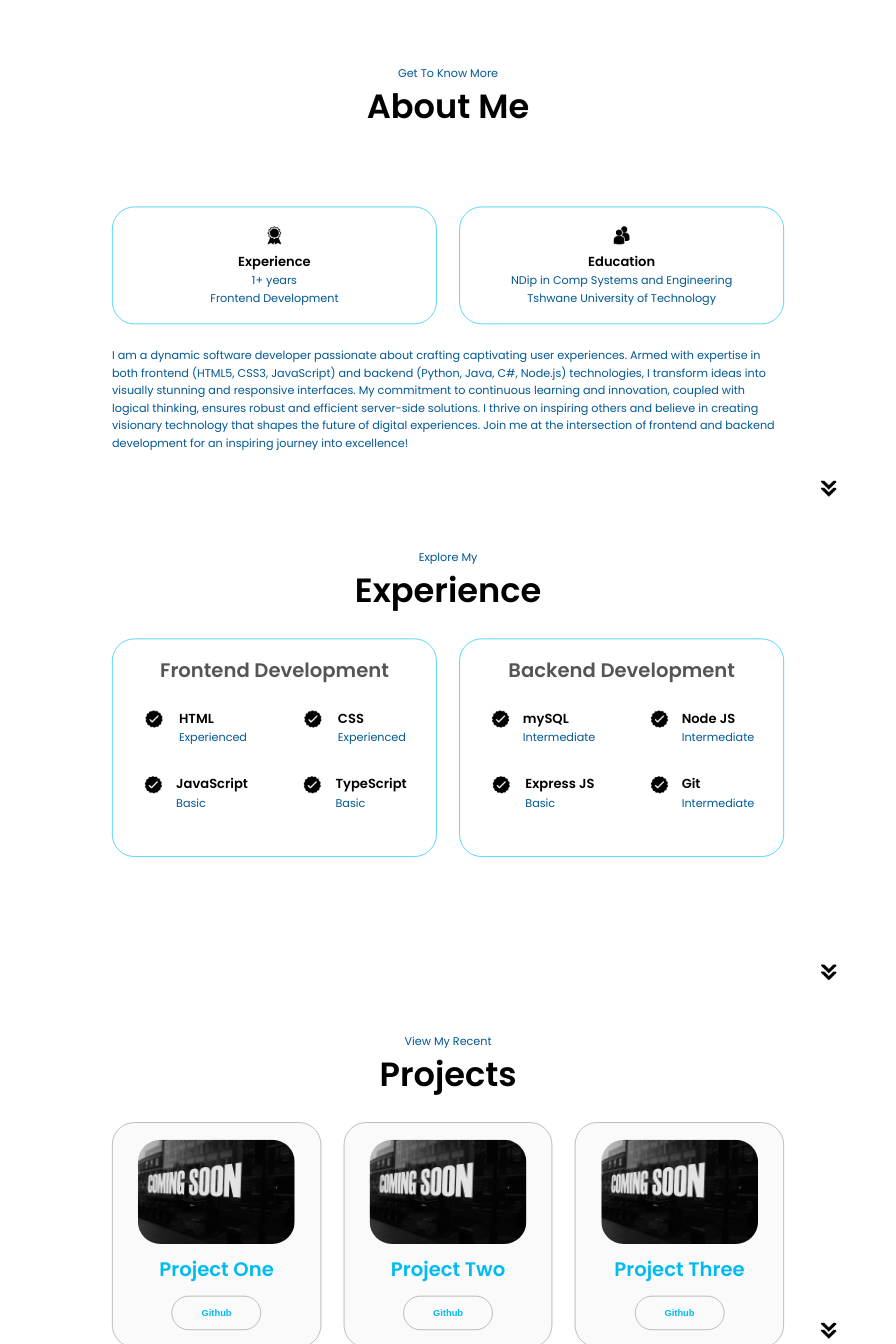
Repository: ntandomagana/FS-Dev-Portfolio
Page: index.html
An editor plug-in stored every save of this project. The page is shown before and after the next save, followed by the edit.
The browser window is 1280 px wide. The pictures show the part of the page from y = 753 to 2673 px (the page is 3177 px tall), at 70% of full size.

Above is the page before, as saved 2024-05-02 23:25:04.

After the next save:
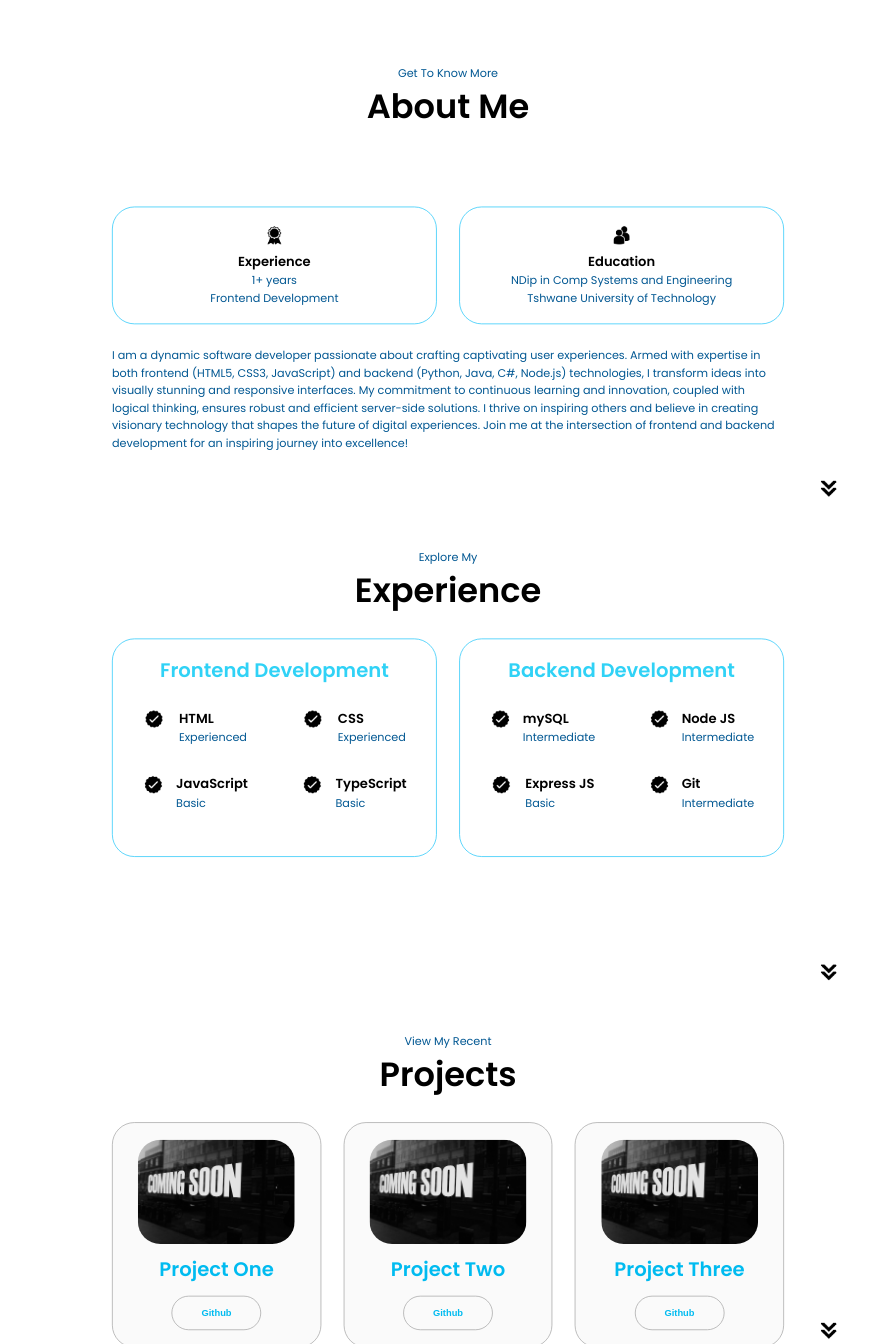
Saved 12 s later.
--- a/style.css
+++ b/style.css
@@ -303,7 +303,7 @@ section {
 }
 
 .experience-sub-title {
-  color: rgb(85, 85, 85);
+  color: rgb(48, 210, 246);
   font-weight: 600;
   font-size: 1.75rem;
   margin-bottom: 2rem;
